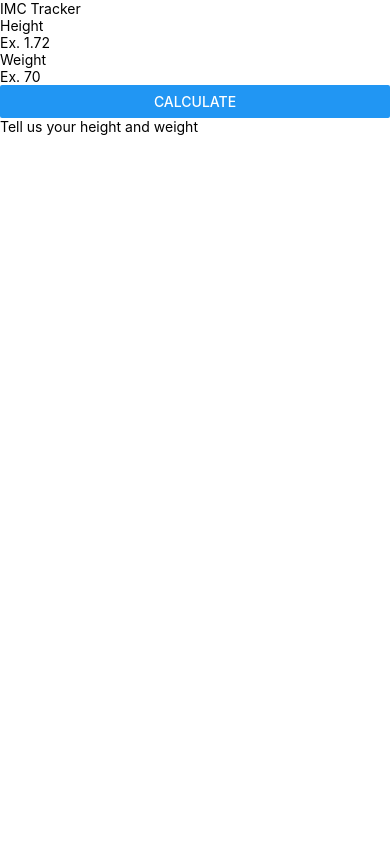
Repository: rubenmatias08/IMCTracker
Screen: /
An editor plug-in stored every save of this project. The screen is shown before and after the next save, followed by the edit.
The app was drawn by React Native's web renderer in a window 390 px wide. The project was rebuilt for these pictures with package versions that can differ from the ones it lists, and the page was loaded fresh each time.

Above is the screen before, as saved 2024-03-10 16:10:20.

After the next save:
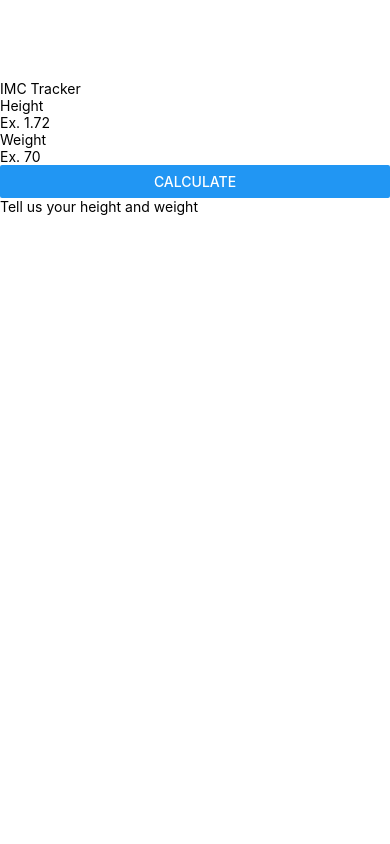
Saved 35 s later.
--- a/App.js
+++ b/App.js
@@ -15,5 +15,6 @@ const styles = StyleSheet.create({
   container: {
     flex: 1,
     backgroundColor: 'f8f8ff',
+    paddingTop: 80,
   },
 });
